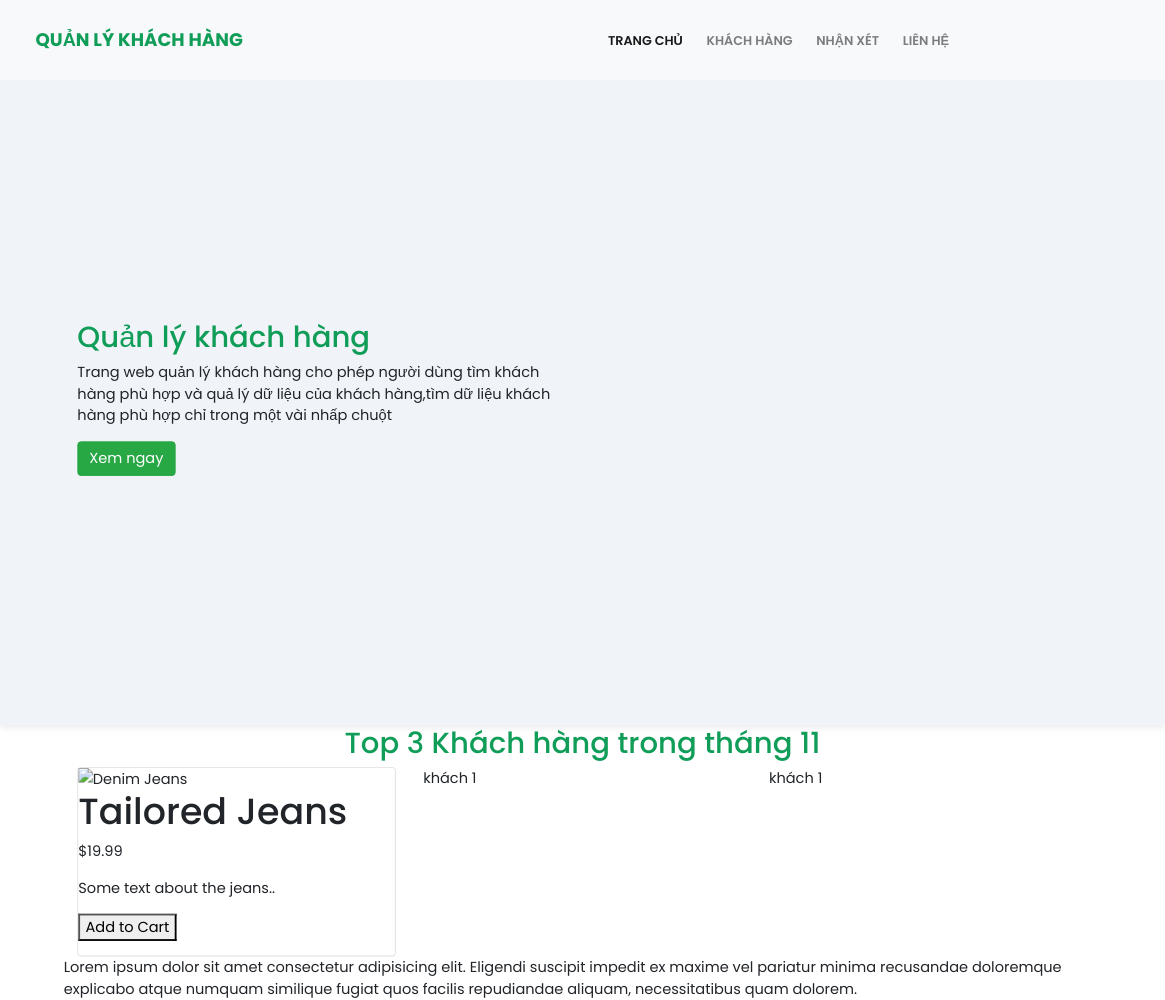
Repository: huutien1904/bt2-ltw
Page: index.html
An editor plug-in stored every save of this project. The page is shown before and after the next save, followed by the edit.
The browser window is 1280 px wide. The pictures show the whole page, at 91% of full size.

Above is the page before, as saved 2021-11-04 08:44:41.
Not found: jeans3.jpg

### index.html
<!DOCTYPE html>
<html lang="en">
<head>
    <meta charset="UTF-8">
    <meta http-equiv="X-UA-Compatible" content="IE=edge">
    <meta name="viewport" content="width=device-width, initial-scale=1.0">
    <title>Quản Lý Khách Hàng</title>

    <!-- style -->
    <link rel="stylesheet" href="./style.css">
    <!-- font Poppins -->
    <link rel="preconnect" href="https://fonts.googleapis.com">
    <link rel="preconnect" href="https://fonts.gstatic.com" crossorigin>
    <link href="https://fonts.googleapis.com/css2?family=Poppins:wght@100;200;300;400;500;600;700;800;900&display=swap" rel="stylesheet">
    <!--  boostrap -->
    <link rel="stylesheet" href="https://maxcdn.bootstrapcdn.com/bootstrap/4.5.2/css/bootstrap.min.css">
    <script src="https://ajax.googleapis.com/ajax/libs/jquery/3.5.1/jquery.min.js"></script>
    <script src="https://cdnjs.cloudflare.com/ajax/libs/popper.js/1.16.0/umd/popper.min.js"></script>
    <script src="https://maxcdn.bootstrapcdn.com/bootstrap/4.5.2/js/bootstrap.min.js"></script>
</head>
<body>
  <!-- navbar -->
    <!-- <nav class="navbar navbar-default navbar-fixed-top">
        <div class="container-fluid ">
          <div class="navbar-header">
            <button type="button" class="navbar-toggle" data-toggle="collapse" data-target="#myNavbar">
              <span class="icon-bar"></span>
              <span class="icon-bar"></span>
              <span class="icon-bar"></span>
            </button>
            <a class="navbar-brand" href="#home">QUẢN LÝ KHÁCH HÀNG</a>
          </div>
          <div class="collapse navbar-collapse" id="myNavbar">
            <ul class="nav navbar-nav navbar-right">
              <li class="active_nav"><a href="#home">TRANG CHỦ</a></li>
              <li ><a href="#customer">KHÁCH HÀNG</a></li>
              <li><a href="#comment">NHẬN XÉT</a></li>
              <li><a href="#contact">LIÊN HỆ</a></li>
            </ul>
          </div>
        </div>
    </nav> -->
  <!-- end navbar -->
  <nav class="navbar navbar-expand-lg navbar-light bg-light fixed-top p-4 d-flex justify-content-between">
    <div class="nav_title col-md-6 col-sm-12">
      <a class="navbar-brand" href="#">QUẢN LÝ KHÁCH HÀNG</a>
    </div>

    <div class="nav_menu col-md-6 ">
      <button class="navbar-toggler" type="button" data-toggle="collapse" data-target="#navbarSupportedContent" aria-controls="navbarSupportedContent" aria-expanded="false" aria-label="Toggle navigation">
        <span class="navbar-toggler-icon"></span>
      </button>
      <div class="collapse navbar-collapse" id="navbarSupportedContent">
        <ul class="navbar-nav mr-auto">
          <li class="nav-item active">
            <a class="nav-link" href="#home">TRANG CHỦ</a>
          </li>
          <li class="nav-item">
            <a class="nav-link" href="#customer">KHÁCH HÀNG</a>
          </li>

          <li class="nav-item">
            <a class="nav-link" href="#comment">NHẬN XÉT</a>
          </li>
          <li class="nav-item">
            <a class="nav-link" href="#contact">LIÊN HỆ</a>
          </li>

        </ul>

      </div>
    </div>


  </nav>
  <!-- trang chủ -->
  <section
    id="home"
    >
    <div class="container">
      <div class="row">
        <div class="col-md-6 col-xs-12 ">
          <div class="">
            <h2 class="slogan">Quản lý khách hàng</h2>
            <p class="">
              Trang web quản lý khách hàng cho phép người dùng tìm khách hàng phù hợp và quả lý dữ liệu của khách hàng,tìm dữ liệu khách hàng phù hợp chỉ trong một vài nhấp chuột
            </p>
            <div class="left-to-right play-on-scroll delay-4">
              <button type="button" class="btn btn-success">Xem ngay</button>
            </div>
          </div>
        </div>
      </div>
    </div>
  </section>
  <!-- end trang chủ -->

  <!-- khách hàng -->
  <section id="customer ">
    <div class="container">
      <div class="row">
        <div class="col-md-12 col-sm-12 d-flex justify-content-center align-items-center">
          <h2 class="title_customer ">Top 3 Khách hàng trong tháng 11</h2>
        </div>
      </div>
      <div class="row">
        <div class="col-md-4 col-sm-12">
          <div class="card">
            <img src="jeans3.jpg" alt="Denim Jeans" style="width:100%">
            <h1>Tailored Jeans</h1>
            <p class="price">$19.99</p>
            <p>Some text about the jeans..</p>
            <p><button>Add to Cart</button></p>
          </div>
        </div>
        <div class="col-md-4 col-sm-12">
          khách 1

        </div>
        <div class="col-md-4 col-sm-12">
          khách 1

        </div>
        Lorem ipsum dolor sit amet consectetur adipisicing elit. Eligendi suscipit impedit ex maxime vel pariatur minima recusandae doloremque explicabo atque numquam similique fugiat quos facilis repudiandae aliquam, necessitatibus quam dolorem.
      </div>
    </div>
  </section>
  <!-- end khách hàng -->
  <!--  Nhận xét-->
  <section id="comment">

  </section>
  <!-- liên hệ -->
  <section id="contact">

  </section>
</body>
</html>

### style.css
*{
  font-family: 'Poppins', sans-serif;
}

:root {
  --primary-color: #0f9d58;
  --backgound-color: #f0f3f7;
  --secon-color: #9da2ad;
  --grey: #7a7a7a;
  --white: #ffffff;
}
body {
  font: 400 15px Lato, sans-serif;
  line-height: 1.8;
  color: #818181;
}
.navbar-default{
  padding: 15px;
  background-color: var(--backgound-color);
  box-shadow: 0 2px 8px rgb(0 0 0 / 10%);
}
.navbar-brand{
  font-weight: 700;
  font-size: 20px;
  color: var(--primary-color) !important;

}
.navbar-nav li{
  font-size: 14px;
  font-weight: 600;
  margin: 0 5px;
  /* padding:5px; */
}
.navbar-nav li:hover{
  background-color: var(--primary-color);
  border-radius: 15px;
  color: white !important;
}
#home{
  margin-top: 77px;
  height: 100vh;
  display: flex;
  justify-content: center;
  align-items: center;
  background-color: var(--backgound-color);
  box-shadow: 0 2px 8px rgb(0 0 0 / 10%);
}
.slogan{
  color: var(--primary-color);
}
.title_customer{
  color: var(--primary-color);

}
#customer{
  height: 90vh;
  background-color: var(--backgound-color);
  box-shadow: 0 2px 8px rgb(0 0 0 / 10%);
}
/* .active_nav{
  background-color: var(--primary-color);
  border-radius: 15px;
} */

After the next save:
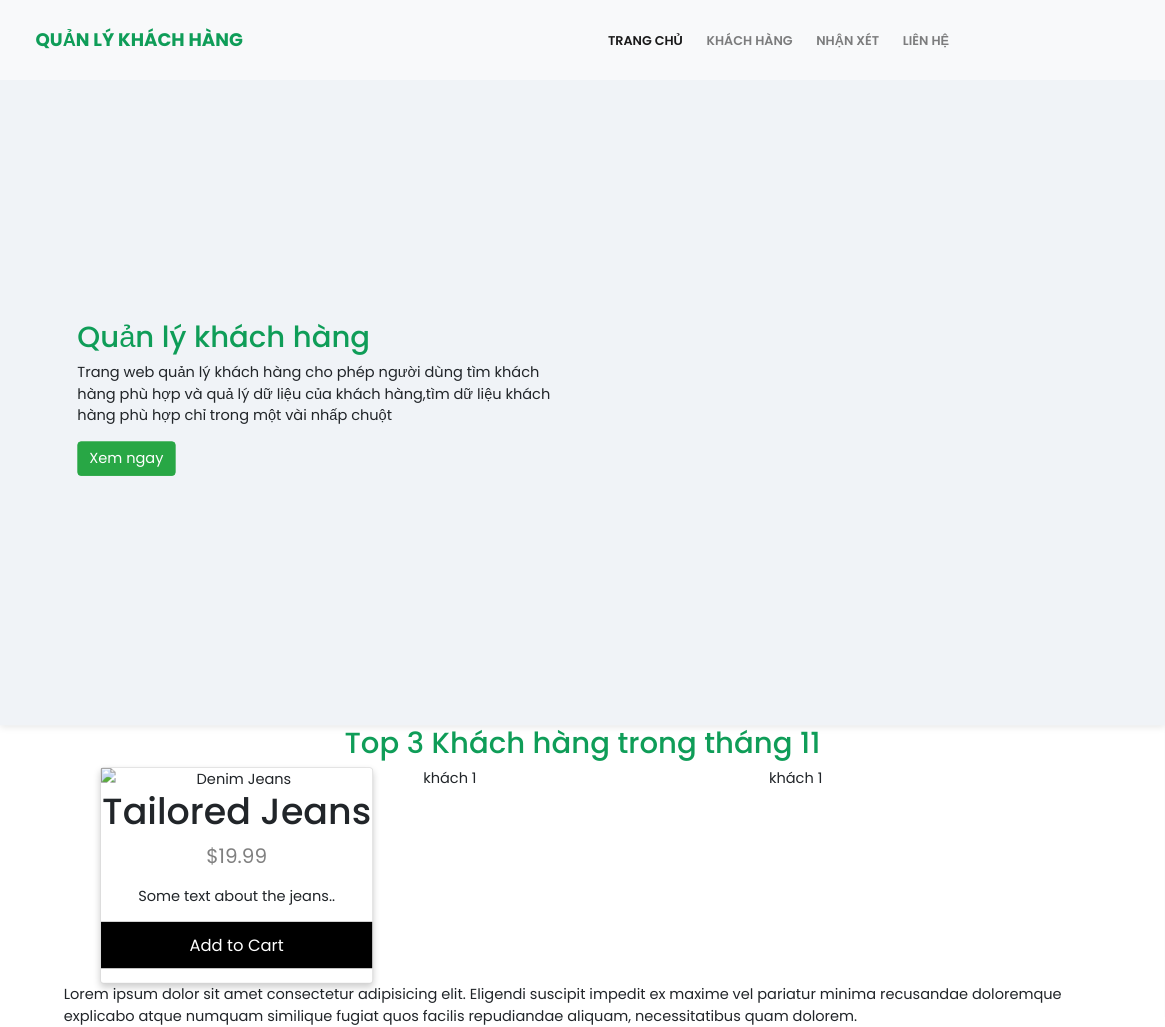
Saved 16 s later.
--- a/style.css
+++ b/style.css
@@ -57,6 +57,34 @@ body {
   background-color: var(--backgound-color);
   box-shadow: 0 2px 8px rgb(0 0 0 / 10%);
 }
+.card {
+  box-shadow: 0 4px 8px 0 rgba(0, 0, 0, 0.2);
+  max-width: 300px;
+  margin: auto;
+  text-align: center;
+  font-family: arial;
+}
+
+.price {
+  color: grey;
+  font-size: 22px;
+}
+
+.card button {
+  border: none;
+  outline: 0;
+  padding: 12px;
+  color: white;
+  background-color: #000;
+  text-align: center;
+  cursor: pointer;
+  width: 100%;
+  font-size: 18px;
+}
+
+.card button:hover {
+  opacity: 0.7;
+}
 /* .active_nav{
   background-color: var(--primary-color);
   border-radius: 15px;
